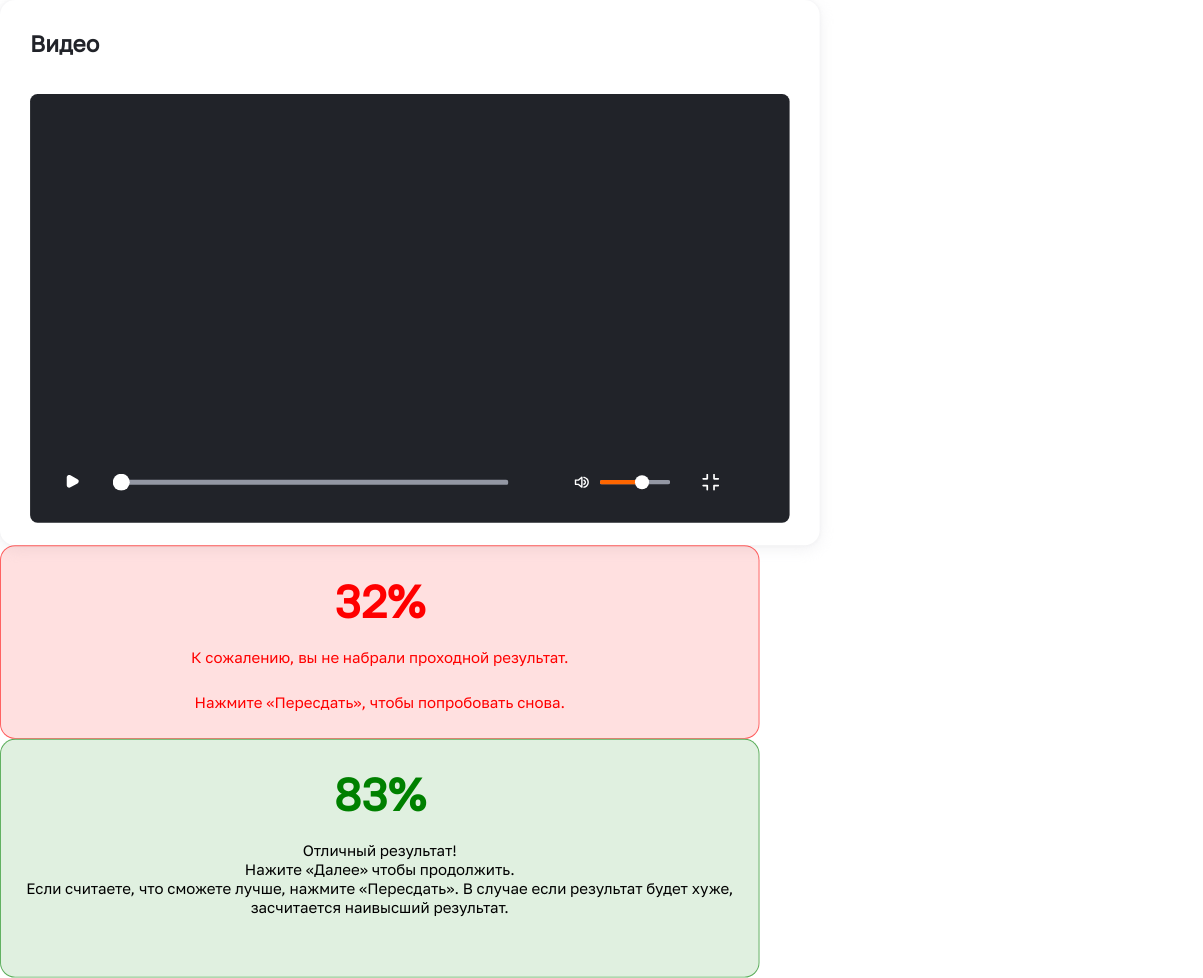
Repository: RuslanSR2424/Group5_LizaAlert
Page: index.html
An editor plug-in stored every save of this project. The page is shown before and after the next save, followed by the edit.
The browser window is 1280 px wide. The pictures show the whole page, at 94% of full size.

Above is the page before, as saved 2022-03-09 18:10:16.

### index.html
<!DOCTYPE html>
<html lang="en">

<head>
    <meta charset="UTF-8">
    <meta http-equiv="X-UA-Compatible" content="IE=edge">
    <meta name="viewport" content="width=device-width, initial-scale=1.0">
    <link rel="stylesheet" href="./pages/index.css" />
    <title>Document</title>
</head>

<body class="root">
    <section class="video">
        <h2 class="video__title">
            Видео
        </h2>
        <div class="video__player">
            <img class="video__button video__button_type_play" src="./images/video/start.svg">
            <img class="video__button video__button_type_timeline" src="./images/video/timeline.svg">
            <img class="video__button video__button_type_sound-icon" src="./images/video/sound-icon.svg">
            <img class="video__button video__button_type_sound" src="./images/video/sound.svg">
            <img class="video__button video__button_type_size" src="./images/video/size.svg">
        </div>
    </section>
    <section class="results">
        <div class="results__bad">
            <h2 class="results__score results__score_type_bad">32%</h2>
            <p class="result__text result__text_type_bad">К сожалению, вы не набрали проходной результат.</p>
            <p class="result__text result__text_type_bad">Нажмите «Пересдать», чтобы попробовать снова.</p>
        </div>
        <div class="results__good">
            <h2 class="results__score results__score_type_good">83%</h2>
            <div class="result__text">
                <p class="result__text result__text_type_good">Отличный результат!</p>
                <p class="result__text result__text_type_good">Нажите «Далее» чтобы продолжить.</p>
                <p class="result__text result__text_type_good">
                    Если считаете, что сможете лучше, нажмите «Пересдать». В случае
                    если результат будет хуже, засчитается наивысший результат.</p>
            </div>
        </div>
    </section>
</body>

</html>

### pages/index.css
@import url(../fonts/fonts.css);
@import url(../blocks/root/root.css);

/* video */

@import url(../blocks/video/video.css);
@import url(../blocks/video/__button/video__button.css);
@import url(../blocks/video/__button/_type/video__button_type_play.css);
@import url(../blocks/video/__button/_type/video__button_type_sound.css);
@import url(../blocks/video/__button/_type/video__button_type_timeline.css);
@import url(../blocks/video/__button/_type/video__button_type_size.css);
@import url(../blocks/video/__button/_type/video__button_type_sound-icon.css);
@import url(../blocks/video/__player/video__player.css);
@import url(../blocks/video/__title/video__title.css);

/* results */

@import url(../blocks/results/results.css);
@import url(../blocks/results/__bad/results__bad.css);
@import url(../blocks/results/__good/results__good.css);
@import url(../blocks/results/__score/results__score.css);
@import url(../blocks/results/__score/_type/results__score_type_bad.css);
@import url(../blocks/results/__score/_type/results__score_type_good.css);
@import url(../blocks/results/__text/results__text.css);
@import url(../blocks/results/__text/_type/result__text_type_bad.css);
@import url(../blocks/results/__text/_type/result__text_type_good.css);

### fonts/fonts.css
@font-face {
  font-family: "GolosTextWebRegular";
  src: url(./golos/Golos-Text_Regular.woff2) format("woff2"),
    url(./golos/Golos-Text_Regular.woff) format("woff");
  font-weight: normal;
  font-style: normal;
}
@font-face {
  font-family: "GolosTextWebBold";
  src: url(./golos/Golos-Text_Bold.woff2) format("woff2"),
    url(./golos/Golos-Text_Bold.woff) format("woff");
  font-weight: normal;
  font-style: normal;
}

### blocks/root/root.css
.root {
  margin: 0;
  padding: 0;
  font-family: "GolosTextWebRegular";
}

### blocks/video/video.css
.video {
  height: 580px;
  width: 872px;
  display: flex;
  flex-direction: column;
  background: #ffffff;
  box-shadow: 0px 0px 4px rgba(231, 232, 235, 0.6),
    0px 4px 16px rgba(231, 232, 235, 0.6);
  border-radius: 16px;
}

### blocks/video/__button/video__button.css
.video__button{
    height: 18px;
}

### blocks/video/__button/_type/video__button_type_play.css
.video__button_type_play {
    margin: 0 0 35px 36px;
}

### blocks/video/__button/_type/video__button_type_sound.css
.video__button_type_sound{
    margin: 0 0 34px 10px;
}

### blocks/video/__button/_type/video__button_type_timeline.css
.video__button_type_timeline{
    margin: 0 35px 34px 34px;
}

### blocks/video/__button/_type/video__button_type_size.css
.video__button_type_size{
    margin: 0 34px 34px 34px;
}

### blocks/video/__button/_type/video__button_type_sound-icon.css
.video__button_type_sound-icon{
    margin: 0 0 34px 34px;
}

### blocks/video/__player/video__player.css
.video__player {
  height: 456px;
  width: 808px;
  background-color: #212329;
  display: flex;
  flex-direction: row;
  align-items: flex-end;
  border-radius: 8px;
  margin: auto;
}

### blocks/video/__title/video__title.css
.video__title {
  font-family: "GolosTextWebRegular";
  font-style: normal;
  font-weight: 700;
  font-size: 24px;
  line-height: 28px;
  color: #212329;
  margin: 32px 32px 16px 32px;
}

### blocks/results/results.css
.results{}

### blocks/results/__bad/results__bad.css
.results__bad {
  display: flex;
  flex-direction: column;
  align-items: center;

  width: 808px;
  height: 206px;

  background: rgba(255, 0, 0, 0.12);
  border: 1.2px solid rgba(255, 0, 0, 0.6);
  box-sizing: border-box;
  border-radius: 16px;
}

### blocks/results/__good/results__good.css
.results__good {
  width: 808px;
  height: 254px;
  left: 32px;
  top: 501px;
  background: rgba(0, 128, 0, 0.12);
  border: 1.2px solid rgba(0, 128, 0, 0.6);
  box-sizing: border-box;
  border-radius: 16px;
}

### blocks/results/__score/results__score.css
.results__score {
  font-family: "GolosTextWebRegular";
  font-style: normal;
  font-weight: bold;
  font-size: 48px;
  line-height: 52px;
  text-align: center;
  margin: 32px 64px 24px 64px;
}

### blocks/results/__score/_type/results__score_type_bad.css
.results__score_type_bad {
  color: #ff0000;
}

### blocks/results/__score/_type/results__score_type_good.css
.results__score_type_good {
  color: #008000;
}

### blocks/results/__text/results__text.css
.results__text {
  font-family: "GolosTextWebRegular";
  font-style: normal;
  font-weight: normal;
  font-size: 18px;
  line-height: 24px;
  text-align: center;
}

### blocks/results/__text/_type/result__text_type_bad.css
.result__text_type_bad {
  color: #ff0000;
  width: 680px;
  text-align: center;
  margin: 0 0 28px 0;
}

### blocks/results/__text/_type/result__text_type_good.css
.result__text_type_good {
  text-align: center;
  margin: 0;
}

After the next save:
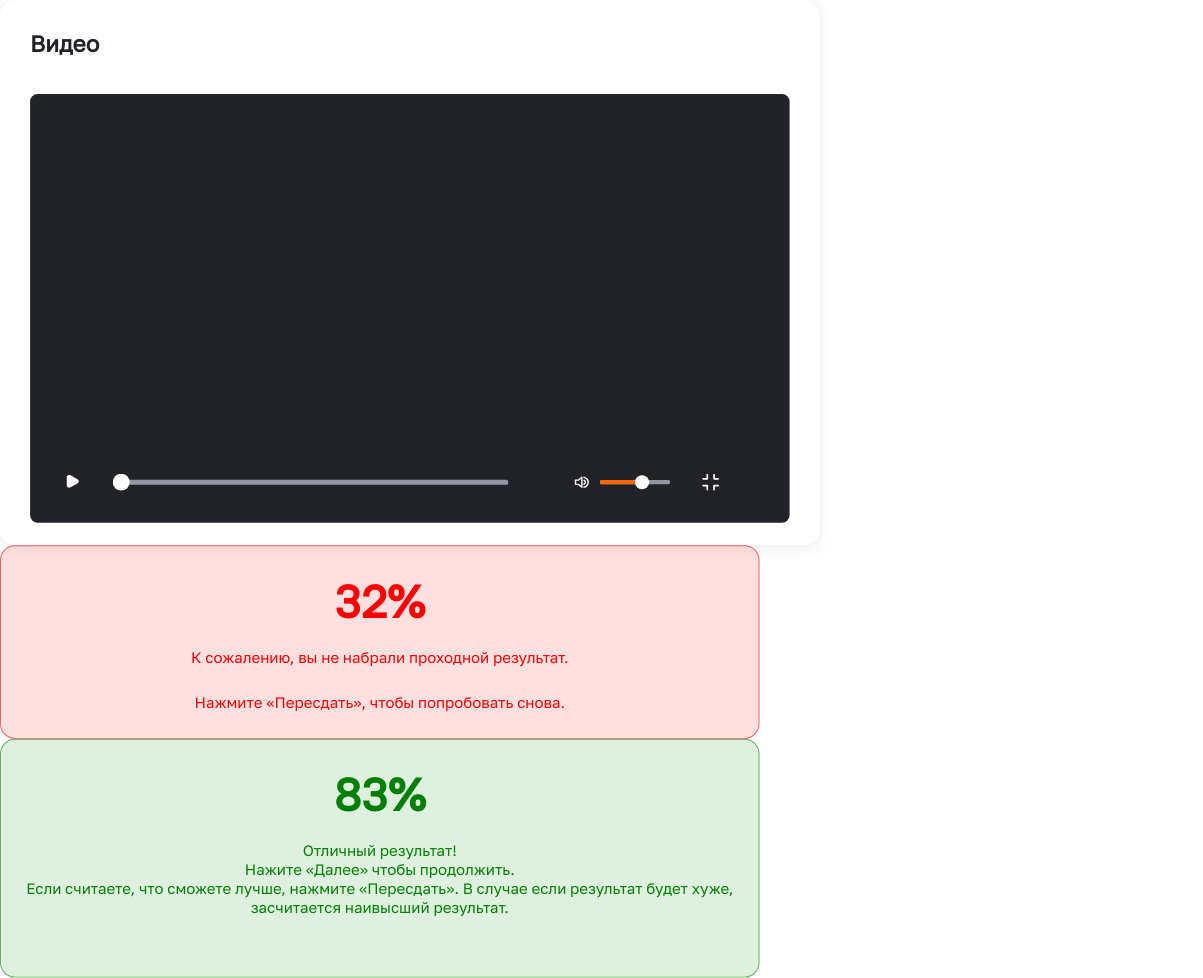
Saved 25 s later.
--- a/blocks/results/__text/_type/result__text_type_good.css
+++ b/blocks/results/__text/_type/result__text_type_good.css
@@ -1,4 +1,5 @@
 .result__text_type_good {
   text-align: center;
   margin: 0;
+  color: #008000;
 }
